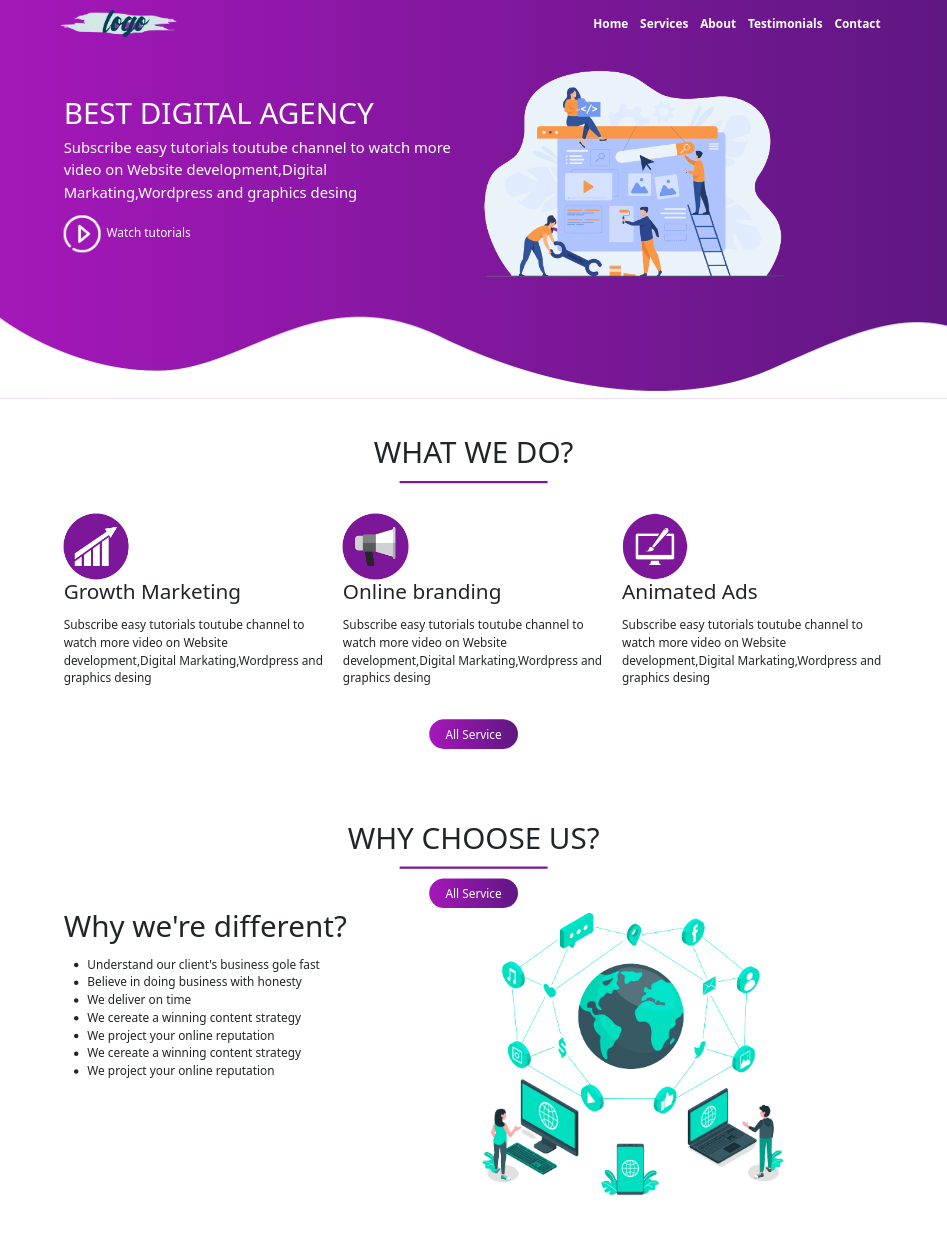
Repository: zjria/PSD-to-HTML-DIGITAL-AGENCY
Page: index.html
The author's editor kept a copy of each file at every save. The page is drawn from the files as they stood at one save, then again after the next save.
The browser window is 1280 px wide. The pictures show the whole page, at 74% of full size.
Some web libraries are served in a nearby version.

Above is the page before, as saved 2022-05-11 08:45:03.

### index.html
<!doctype html>
<html lang="en">
  <head>
    <!-- Required meta tags -->
    <meta charset="utf-8">
    <meta name="viewport" content="width=device-width, initial-scale=1">
    <title>DIGITAL AGENCY</title>
    <!-- Bootstrap CSS -->
    <link href="https://cdn.jsdelivr.net/npm/bootstrap@5.0.2/dist/css/bootstrap.min.css" rel="stylesheet">
    <!-- Font awesome link-->
    <link rel="stylesheet" href="https://cdnjs.cloudflare.com/ajax/libs/font-awesome/6.1.1/css/all.min.css">
    <!-- custom CSS  -->
    <link rel="stylesheet" href="css/style.css">
  </head>
  <body>
    <!-- Navbar Section Start -->
    <section class="header">
        <nav class="navbar navbar-expand-md fixed-top">
            <div class="container">
                <a href="#" class="navbar-brand">
                    <img src="img/h_logo.png" alt="" class="menu-icon img-fluid w-50">
                </a>
                <button class="navbar-toggler" data-bs-target="#menunavbarlink" data-bs-toggle="collapse" type="button">
                    <span class="navbar-toggler-icon"></span>
                </button>
                <div class="collapse navbar-collapse fw-bold " id="menunavbarlink">
                  <ul class="navbar-nav ms-auto ">
                    <li class="nav-item ">
                      <a href="#Home" class="nav-link text-white">Home</a>
                    </li>
                    <li class="nav-item">
                      <a href="#Services" class="nav-link text-white">Services</a>
                    </li>
                    <li class="nav-item">
                      <a href="#About" class="nav-link text-white">About</a>
                    </li>
                    <li class="nav-item">
                      <a href="#Testimonials" class="nav-link text-white" >Testimonials</a>
                    </li>
                    <li class="nav-item">
                      <a href="#Contact" class="nav-link text-white">Contact</a>
                    </li>
                  </ul>
                </div>
            </div>
        </nav>
    </section>
    <!-- Navbar Section END -->
    <!-- Navbar Section Start -->
    <section class="" id="baner" id="Home">
      <div class="container p-3 py-5">
        <div class="row align-items-center text-white mt-5">
          <div class="col-md-6">
            <h1>BEST DIGITAL AGENCY</h1>
            <p class="lead">Subscribe easy tutorials toutube channel to watch more video on Website development,Digital Markating,Wordpress and graphics desing</p>
            <a href="#"><img src="img/play.png" class="img-fluid me-2 " alt=""><span>Watch tutorials</span></a>
          </div>
          <div class="col-md-6 m-auto">
            <img src="img/heder_logo.png" class="img-fluid w-75" alt="">
          </div>
        </div>
      </div>
      <img src="img/wave1.png" alt="" class="img-wave1 img-fluid">
    </section>
    <!-- Navbar Section END -->

    <!-- Service Section Start -->
      <section class="service-section">
        <div class="container p-3 py-5">
          <div class="row">
            <h1 class="title">WHAT WE DO?</h1>
            <!-- <span></span> -->
          </div>
          <div class="row mt-5">
            <div class="col-12 col-md-4 mb-2">
              <img src="img/service1.png" alt="" class="img-fluid w-25">
              <h3 class="mb-3">Growth Marketing</h3>
              <p>
                Subscribe easy tutorials toutube channel to watch more video on Website development,Digital Markating,Wordpress and graphics desing</p>
            </div>
            <div class="col-12 col-md-4 mb-2">
              <img src="img/service2.png" alt="" class="img-fluid w-25">
              <h3 class="mb-3">Online branding</h3>
              <p>
                Subscribe easy tutorials toutube channel to watch more video on Website development,Digital Markating,Wordpress and graphics desing</p>
            </div>
            <div class="col-12 col-md-4 mb-2">
              <img src="img/service3.png" alt="" class="img-fluid w-25">
              <h3 class="mb-3">Animated Ads</h3>
              <p>
                Subscribe easy tutorials toutube channel to watch more video on Website development,Digital Markating,Wordpress and graphics desing</p>
            </div>
          </div>
          <div class="row">
            <div class="com-12 text-center">
              <button type="button" class="services-button btn">All Service</button>
            </div>
          </div>
        </div>
      </section>
    <!-- Service Section End -->

    <!-- About Section Start -->
    <section class="about-section">
      <div class="container p-3 py-5">
        <div class="row">
          <h1 class="title">WHY CHOOSE US?</h1>
        </div>
        <div class="row">
          <div class="com-12 text-center">
            <button type="button" class="services-button btn">All Service</button>
          </div>
        </div>
        <div class="row">
          <div class="col-md-6">
            <h1>Why we're different?</h1>
            <ul class="py-2">
              <li>Understand our client's business gole fast</li>
              <li>Believe in doing business with honesty</li>
              <li>We deliver on time</li>
              <li>We cereate a winning content strategy</li>
              <li>We project your online reputation</li>
              <li>We cereate a winning content strategy</li>
              <li>We project your online reputation</li>
            </ul>
          </div>
          <div class="col-md-6">
            <img src="img/networker.png" alt="" class="img-fluid w-75">
          </div>
        </div>
      </div>
    </section>

    <!-- About Section End -->


    <!-- Optional JavaScript; choose one of the two! -->
    <!-- Option 1: Bootstrap Bundle with Popper -->
    <script src="https://cdn.jsdelivr.net/npm/bootstrap@5.0.2/dist/js/bootstrap.bundle.min.js"></script>
  </body>
</html>

### css/style.css
.navbar{
    background-image: linear-gradient(to right, #a517ba,#5f1782)!important;
}
#baner{
    background-image: linear-gradient(to right, #a517ba,#5f1782)!important;
    align-items: center;
    margin: auto;
    justify-content: center;
}
#baner a img{
    width: 50px;
    align-items: center;
    margin: auto;
    justify-content: center;

}
#baner a{
    text-decoration: none;
    color: white;
}
.img-wave1{
    width: 100%;
}

/* Service Section */
.title{
    text-align: center;
}
.title::after{
    content: "";
    display: block;
    background: #7B1798;
    height: 3px;
    width: 200px;
    margin: auto;
    transform: translateY(15px);
}

.services-button {
    background-image: linear-gradient(to right, #a517ba,#5f1782);
    color: white;
    border: none;
    width: 120px;
    height: 40px;
    margin: auto;
    border-radius: 20px;
    margin-top: 20px;
}
/* About Section Start  */

After the next save:
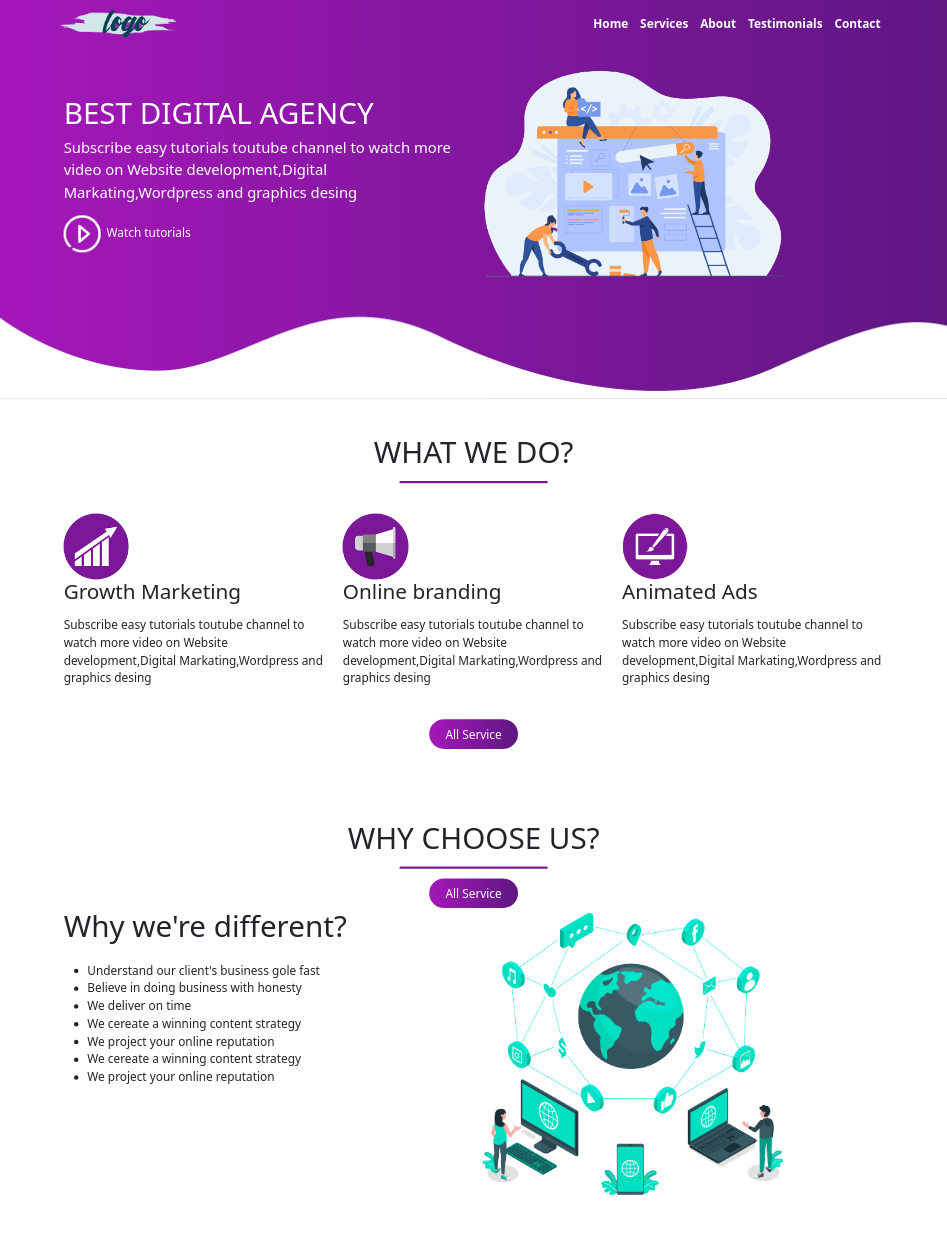
Saved 7 s later.
--- a/index.html
+++ b/index.html
@@ -114,7 +114,7 @@
         <div class="row">
           <div class="col-md-6">
             <h1>Why we're different?</h1>
-            <ul class="py-2">
+            <ul class="py-3">
               <li>Understand our client's business gole fast</li>
               <li>Believe in doing business with honesty</li>
               <li>We deliver on time</li>
